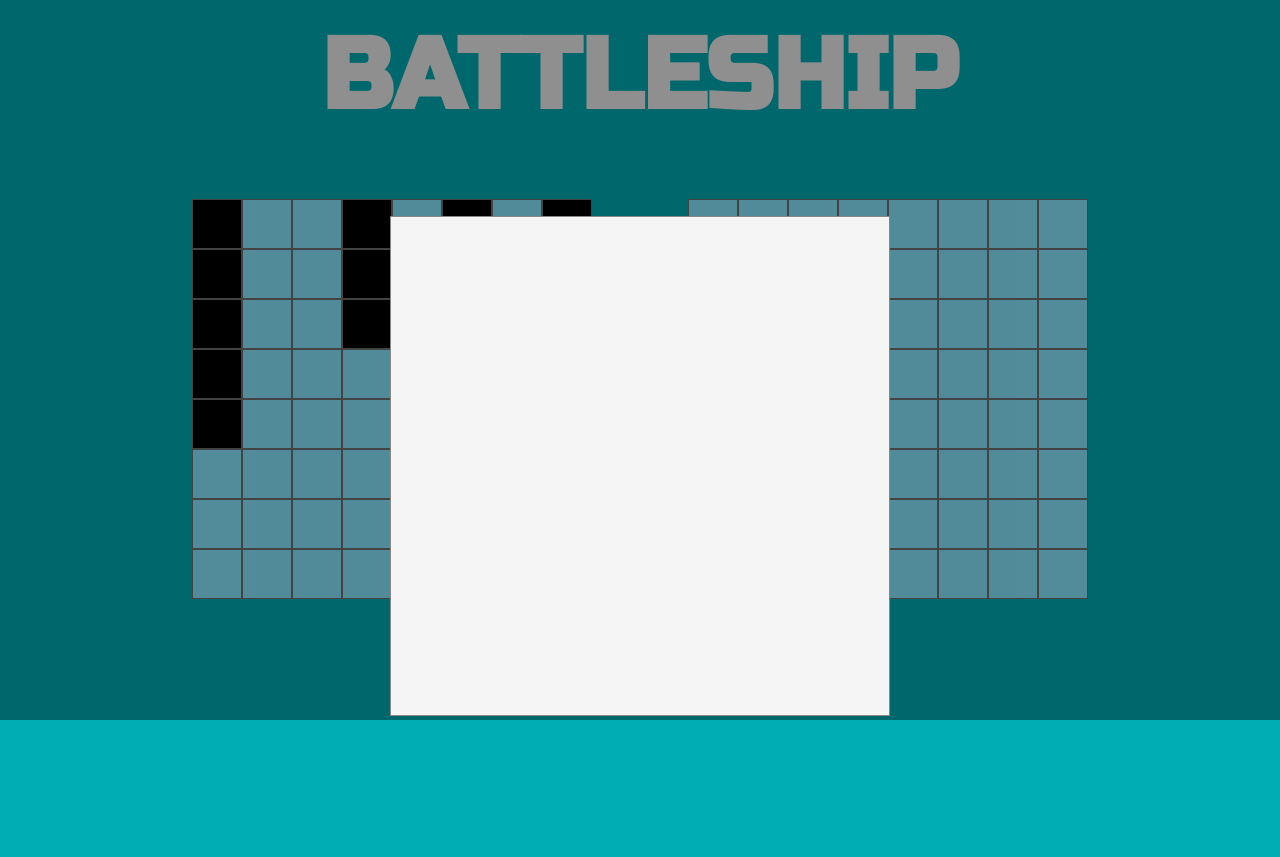
Repository: AzharMoosa/battleship
Page: /
These files come from the project's save history. The page is drawn as it stood at one moment and after a run of saves; the edit follows.
The browser window is 1280 px wide. The pictures show the whole page.
The project was rebuilt for these pictures with package versions that can differ from the ones it lists, and the page was loaded fresh each time.

Above is the page before, as saved 2020-07-09 10:01:49.

After the next 2 saves:
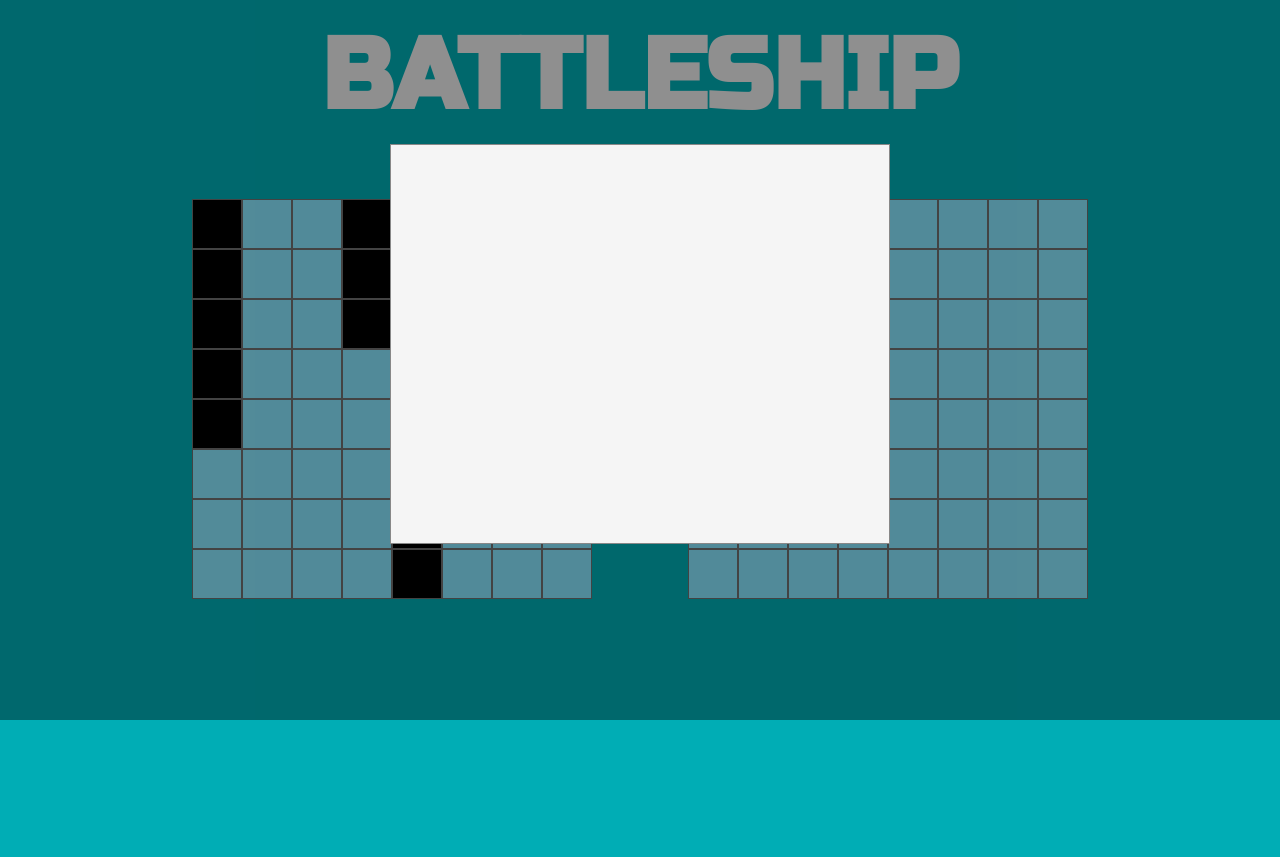
The 2 saves are shown as one change because they came seconds apart.
The last was saved 7 s later.
--- a/src/App.css
+++ b/src/App.css
@@ -109,11 +109,11 @@ body {
 
 .start-content {
   background-color: #f5f5f5;
-  margin: 30vh auto;
+  margin: 20vh auto;
   padding: 20px;
   border: 1px solid #888;
   width: 500px;
-  height: 500px;
+  height: 400px;
   display: flex;
   flex-direction: column;
   align-items: center;
